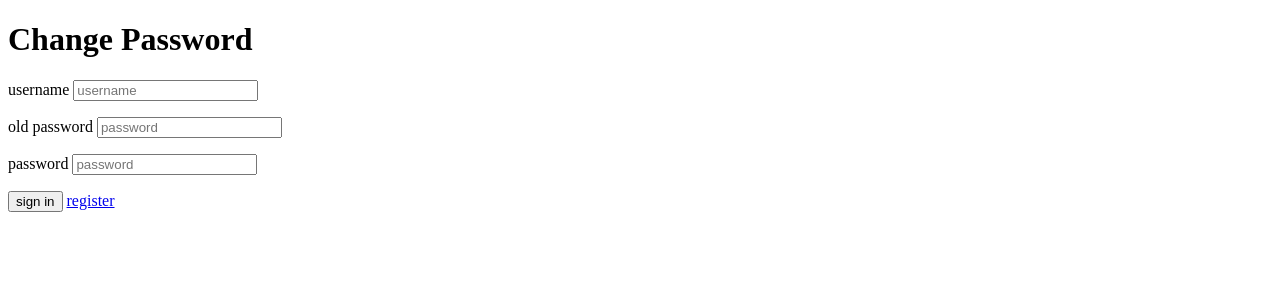
Repository: seantao97/publicProjects
Page: GuessTwoo/v8/Aptana Javascript/GuessTwooServer/views/change_password.html
These files come from the project's save history. The page is drawn as it stood at one moment and after the next save; the edit follows.
The browser window is 1280 px wide. The pictures show the whole page.

Above is the page before, as saved 2016-07-18 01:59:44.

### GuessTwoo/v8/Aptana Javascript/GuessTwooServer/views/change_password.html
<!DOCTYPE HTML PUBLIC "-//W3C//DTD HTML 4.01 Transitional//EN"
"http://www.w3.org/TR/html4/loose.dtd">
<html xmlns="http://www.w3.org/1999/xhtml">
	<head>
		<meta http-equiv="Content-Type" content="text/html; charset=utf-8" />
		<title>Change Password</title>
	</head>
	<body>
		<h1>Change Password</h1>
		<form method="post" id="changePasswordForm" action="/signin">
			<p>
				<label for="username">username</label>
				<input type="text" name="username" id="username"
				placeholder="username"  maxlength=50 required="required"/>
			</p>
			<p>
				<label for="oldPassword">old password</label>
				<input type="text" name="oldPassword" id="oldPassword"
				placeholder="password" maxlength=50 required="required"/>
			</p>
			<p>
				<label for="password">password</label>
				<input type="text" name="password" id="password"
				placeholder="password" maxlength=50 required="required"/>
			</p>
			<p>
				<input type="submit" name="signin" id="signin" value="sign in"/>
				<a href="/signup" title="register">register</a>
			</p>

		</form>
	</body>
</html>

After the next save:
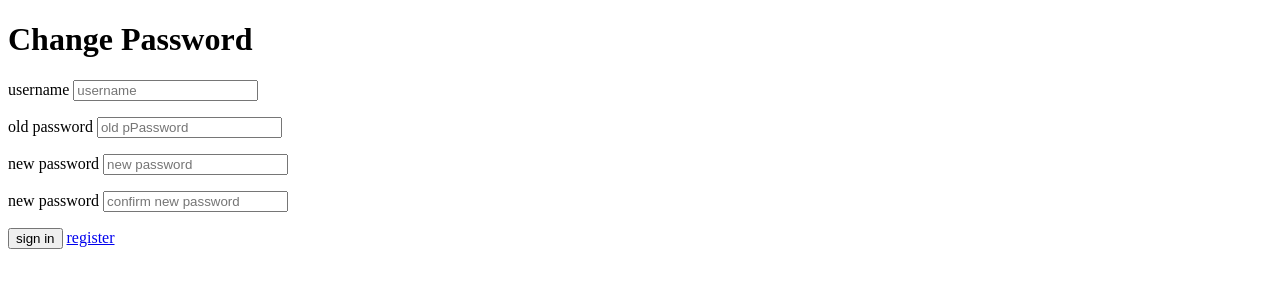
Saved 112 s later.
--- a/GuessTwoo/v8/Aptana Javascript/GuessTwooServer/views/change_password.html
+++ b/GuessTwoo/v8/Aptana Javascript/GuessTwooServer/views/change_password.html
@@ -16,12 +16,17 @@
 			<p>
 				<label for="oldPassword">old password</label>
 				<input type="text" name="oldPassword" id="oldPassword"
-				placeholder="password" maxlength=50 required="required"/>
+				placeholder="old pPassword" maxlength=50 required="required"/>
 			</p>
 			<p>
-				<label for="password">password</label>
-				<input type="text" name="password" id="password"
-				placeholder="password" maxlength=50 required="required"/>
+				<label for="newPassword1">new password</label>
+				<input type="text" name="newPassword" id="newPassword"
+				placeholder="new password" maxlength=50 required="required"/>
+			</p>
+			<p>
+				<label for="newPassword2">new password</label>
+				<input type="text" name="newPassword2" id="newPassword2"
+				placeholder="confirm new password" maxlength=50 required="required"/>
 			</p>
 			<p>
 				<input type="submit" name="signin" id="signin" value="sign in"/>
